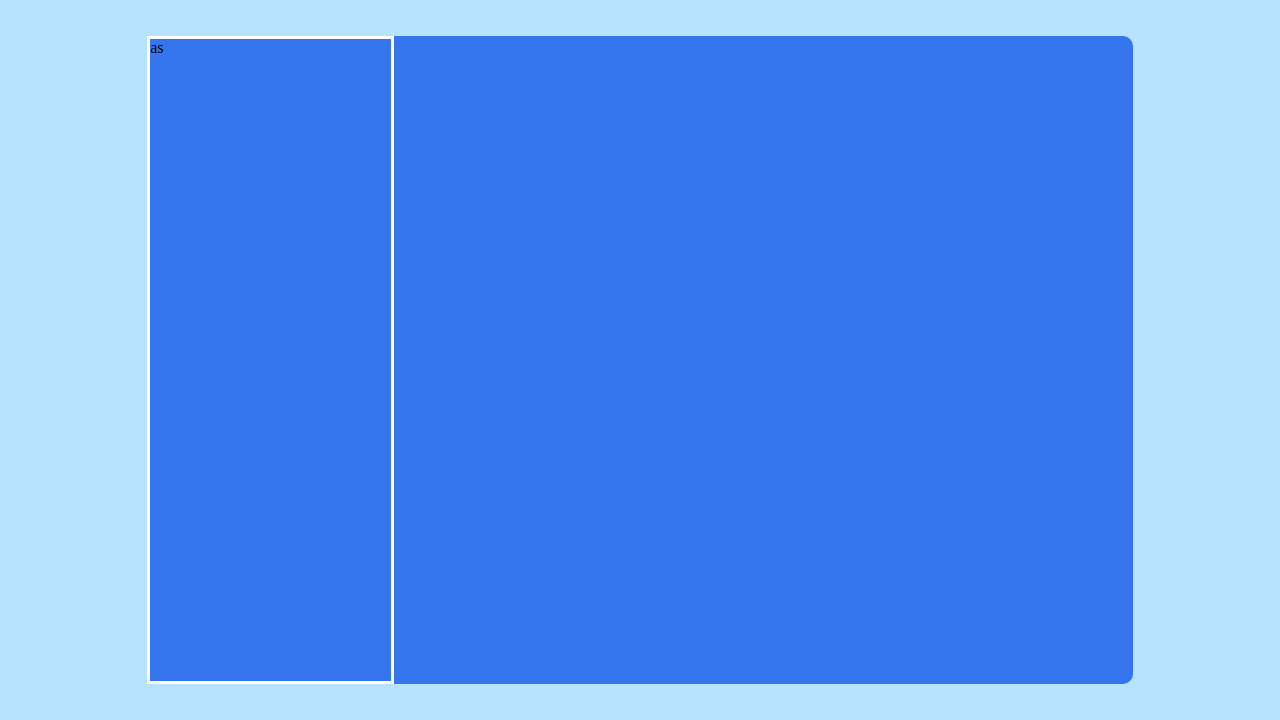
Repository: arafat877/super-chat
Page: /
An editor plug-in stored every save of this project. The page is shown before and after the next save, followed by the edit.
The browser window is 1280 px wide. The pictures show the whole page.
The project was rebuilt for these pictures with package versions that can differ from the ones it lists, and the page was loaded fresh each time. Also part of the build but not shown: src/App.scss.

Above is the page before, as saved 2020-08-05 14:04:00.

After the next save:
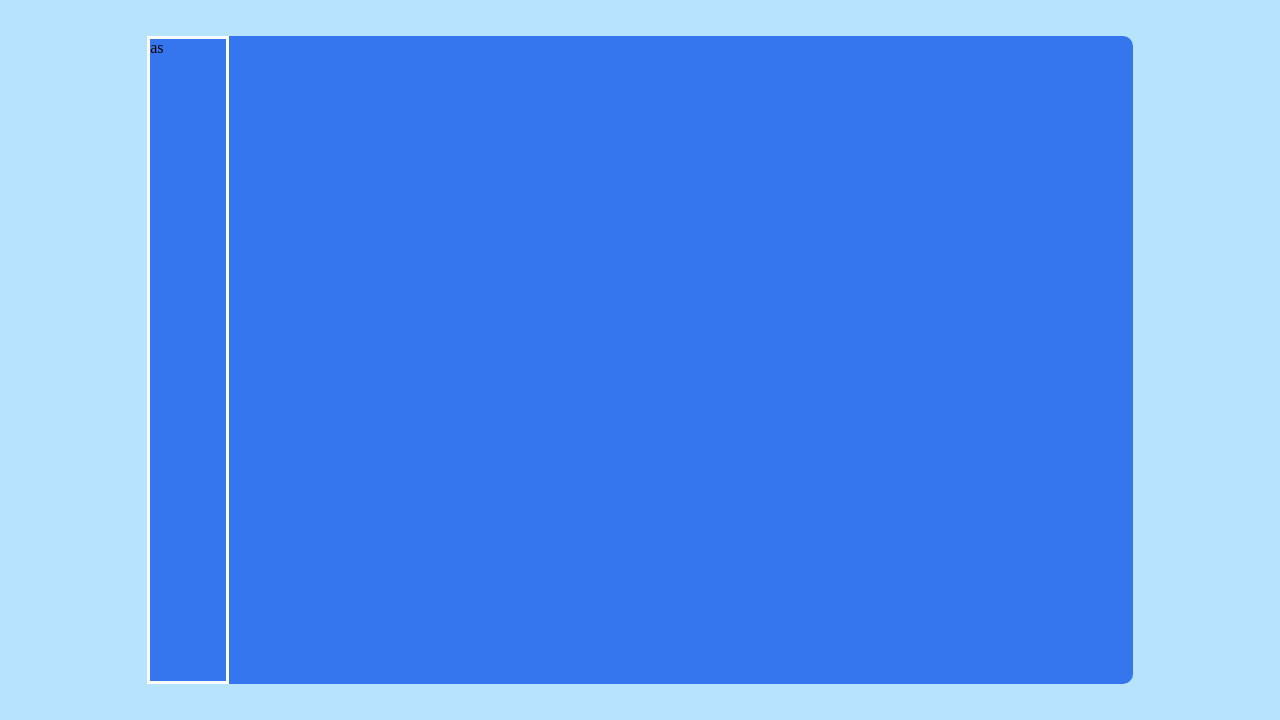
Saved 15 s later.
--- a/src/App.js
+++ b/src/App.js
@@ -35,7 +35,7 @@ function App() {
   return (
     <Container className={classes.container}>
       <Grid container containerer className={classes.innerContainer}>
-        <Grid item className={classes.column1} xs={3}>
+        <Grid item className={classes.column1} xs={1}>
           as
         </Grid>
       </Grid>
